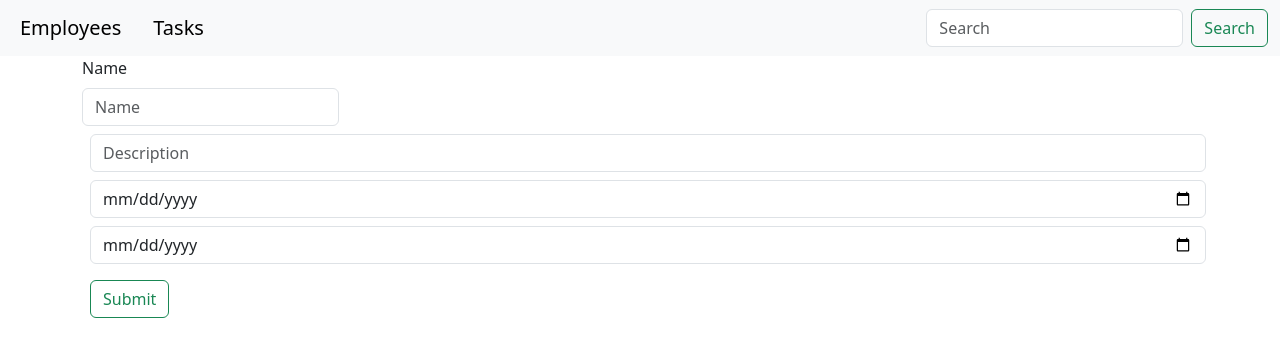
Repository: RaffiBarseghyan/employees
Page: /tasks
The author's editor kept a copy of each file at every save. The page is drawn from the files as they stood at one save, then again after a run of saves.
The browser window is 1280 px wide. The pictures show the whole page.
The project was rebuilt for these pictures with package versions that can differ from the ones it lists, and the page was loaded fresh each time. Some packages were replaced by stand-ins written for this rebuild. Also part of the build but not shown: src/App.css, src/Pages/Employees/employees.module.scss, src/Pages/UpDel/upDel.module.scss, src/Pages/UpDel/delete.jsx, src/Pages/Employees/employees.jsx, src/Pages/Tasks/tasks.module.scss, src/Pages/UpDel/update.jsx.

Above is the page before, as saved 2023-06-15 21:34:21.

### src/App.jsx
import "./App.css";
import Header from "./Pages/Header/header";
import { BrowserRouter, Routes, Route } from "react-router-dom";
import "bootstrap/dist/css/bootstrap.css";
import Employees from "./Pages/Employees/employees";
import Tasks from "./Pages/Tasks/tasks";
import Update from "./Pages/UpDel/update";

function App() {
  return (
    <>
      <BrowserRouter>
        <Header />

        <Routes>
          <Route path="/employees" element={<Employees />} />

          <Route path="/tasks" element={<Tasks />} />
          <Route path="/update" element={<Update />} />
        </Routes>
      </BrowserRouter>
    </>
  );
}

export default App;

### src/Pages/Header/header.jsx
import { Link } from "react-router-dom";
import style from "./header.module.scss";

function Header() {
  return (
    <>
      <nav className="navbar navbar-expand-lg bg-body-tertiary">
        <div className="container-fluid">
          <button
            className="navbar-toggler"
            type="button"
            data-bs-toggle="collapse"
            data-bs-target="#navbarSupportedContent"
            aria-controls="navbarSupportedContent"
            aria-expanded="false"
            aria-label="Toggle navigation"
          >
            <span className="navbar-toggler-icon"></span>
          </button>
          <div className="collapse navbar-collapse" id="navbarSupportedContent">
            <ul className="navbar-nav me-auto mb-2 mb-lg-0">
              <li className="nav-item">
                <Link className={`nav-link navbar-brand active ${style.linkStyle}`} to="/employees">
                  Employees
                </Link>
              </li>
              <li className="nav-item">
                <Link
                  className={`nav-link navbar-brand ${style.linkStyle}`}
                  to="/tasks"
                >
                  Tasks
                </Link>
              </li>
            </ul>
            <form className="d-flex" role="search">
              <input
                className="form-control me-2"
                type="search"
                placeholder="Search"
                aria-label="Search"
              />
              <button className="btn btn-outline-success" type="submit">
                Search
              </button>
            </form>
          </div>
        </div>
      </nav>
    </>
  );
}

export default Header;

### src/Pages/Tasks/tasks.jsx
import style from "./tasks.module.scss";

function Tasks() {
  return (
    <>
      <form
        action="https://rocky-temple-83495.herokuapp.com/tasks"
        method="post"
        target="_blank"
        className={`${style.employeeForm} container`}
      >
        <label htmlFor="name" >
            Name
          <input
            className="form-control mt-2 "
            type="text"
            id="name"
            name="name"
            placeholder="Name"
          />
        </label>

<label htmlFor=""></label>
        <input
          className="form-control m-2"
          type="text"
          id="lname"
          name="description"
          placeholder="Description"
        />

        <input
          className="form-control m-2"
          type="date"
          id="startDate"
          name="startDate"
          placeholder="startDate"
        />

        <input
          className="form-control m-2"
          type="date"
          id="endDate"
          name="endDate"
          placeholder="endDate"
        />

        <input
          className="btn btn-outline-success m-2"
          type="submit"
          value="Submit"
        />
      </form>
    </>
  );
}

export default Tasks;

Loaded but not shown: src/index.js (common file); src/index.css (common file); src/reportWebVitals.js (common file); src/Pages/Header/header.module.scss (no stored copy; drawn as an empty file)

After the next 6 saves:
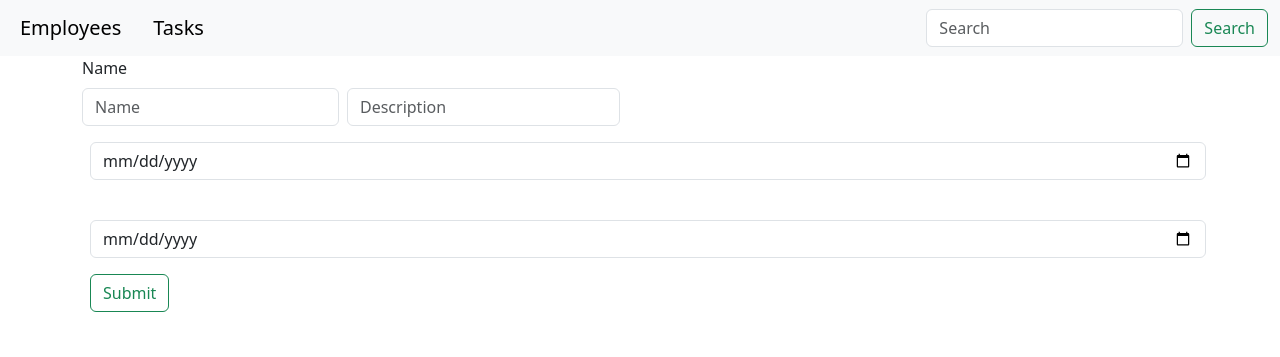
The 6 saves are shown as one change because they came seconds apart.
The last was saved 14 s later.
--- a/src/Pages/Tasks/tasks.jsx
+++ b/src/Pages/Tasks/tasks.jsx
@@ -9,8 +9,8 @@ function Tasks() {
         target="_blank"
         className={`${style.employeeForm} container`}
       >
-        <label htmlFor="name" >
-            Name
+        <label htmlFor="name">
+          Name
           <input
             className="form-control mt-2 "
             type="text"
@@ -20,14 +20,18 @@ function Tasks() {
           />
         </label>
 
-<label htmlFor=""></label>
-        <input
-          className="form-control m-2"
-          type="text"
-          id="lname"
-          name="description"
-          placeholder="Description"
-        />
+        <label htmlFor="">
+
+          <input
+            className="form-control m-2"
+            type="text"
+            id="lname"
+            name="description"
+            placeholder="Description"
+          />
+        </label>
+
+        <label htmlFor=""></label>
 
         <input
           className="form-control m-2"
@@ -36,6 +40,7 @@ function Tasks() {
           name="startDate"
           placeholder="startDate"
         />
+        <label htmlFor=""></label>
 
         <input
           className="form-control m-2"
